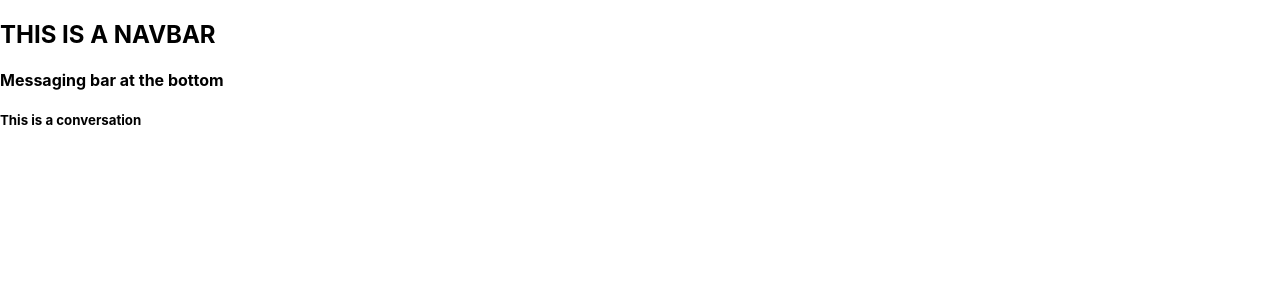
Repository: react-for-web-developers/03-react-components
Page: / (app in exercises/linkedin/)
An editor plug-in stored every save of this project. The page is shown before and after a run of saves, followed by the edit.
The browser window is 1280 px wide. The pictures show the whole page.
The project was rebuilt for these pictures with package versions that can differ from the ones it lists, and the page was loaded fresh each time. Also part of the build but not shown: exercises/linkedin/src/App.css.

Above is the page before, as saved 2021-10-13 23:06:04.

After the next 7 saves:
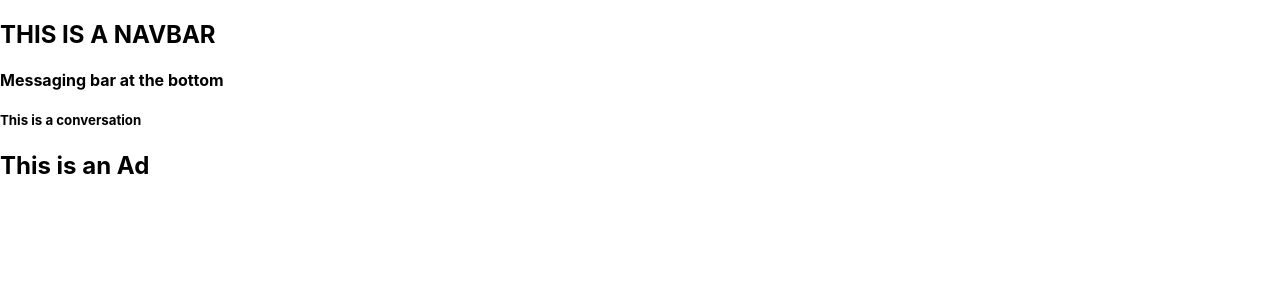
The 7 saves are shown as one change because 1 did not build or start and some came seconds apart.
The last was saved 24 s later.
--- a/exercises/linkedin/src/App.js
+++ b/exercises/linkedin/src/App.js
@@ -1,12 +1,14 @@
 import './App.css';
 import NavBar from './components/NavBar';
 import Messaging from './components/Messaging';
+import Ads from './components/Ads';
 
 function App() {
   return (
     <div>
       <NavBar/>
       <Messaging/>
+      <Ads/>
     </div>
   );
 }
